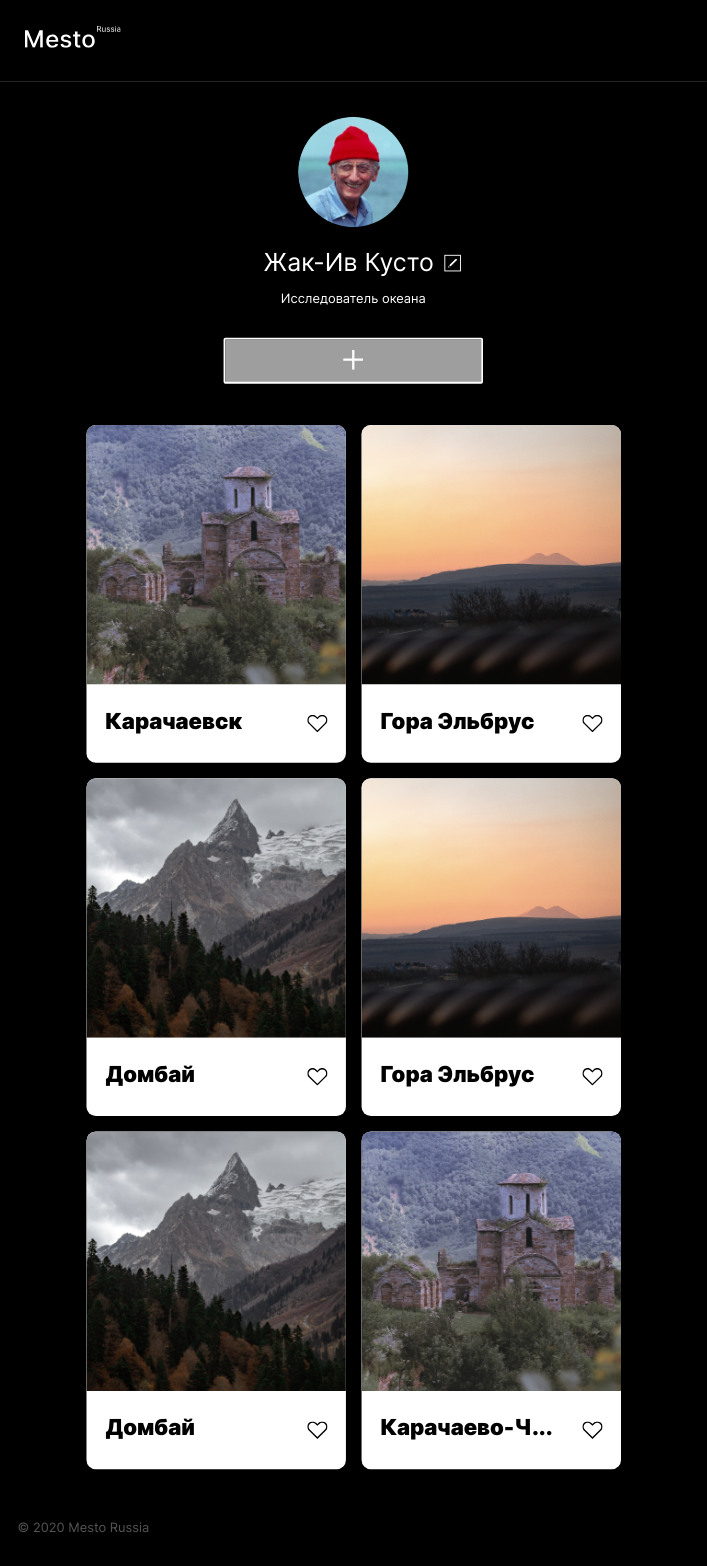
Repository: Ivan2399/mesto-project
Page: index.html
An editor plug-in stored every save of this project. The page is shown before and after the next save, followed by the edit.
The browser window is 768 px wide. The pictures show the whole page, at 92% of full size.
Pictures or frames that could not be fetched are drawn as grey boxes.

Above is the page before, as saved 2021-11-30 16:58:17.

After the next save:
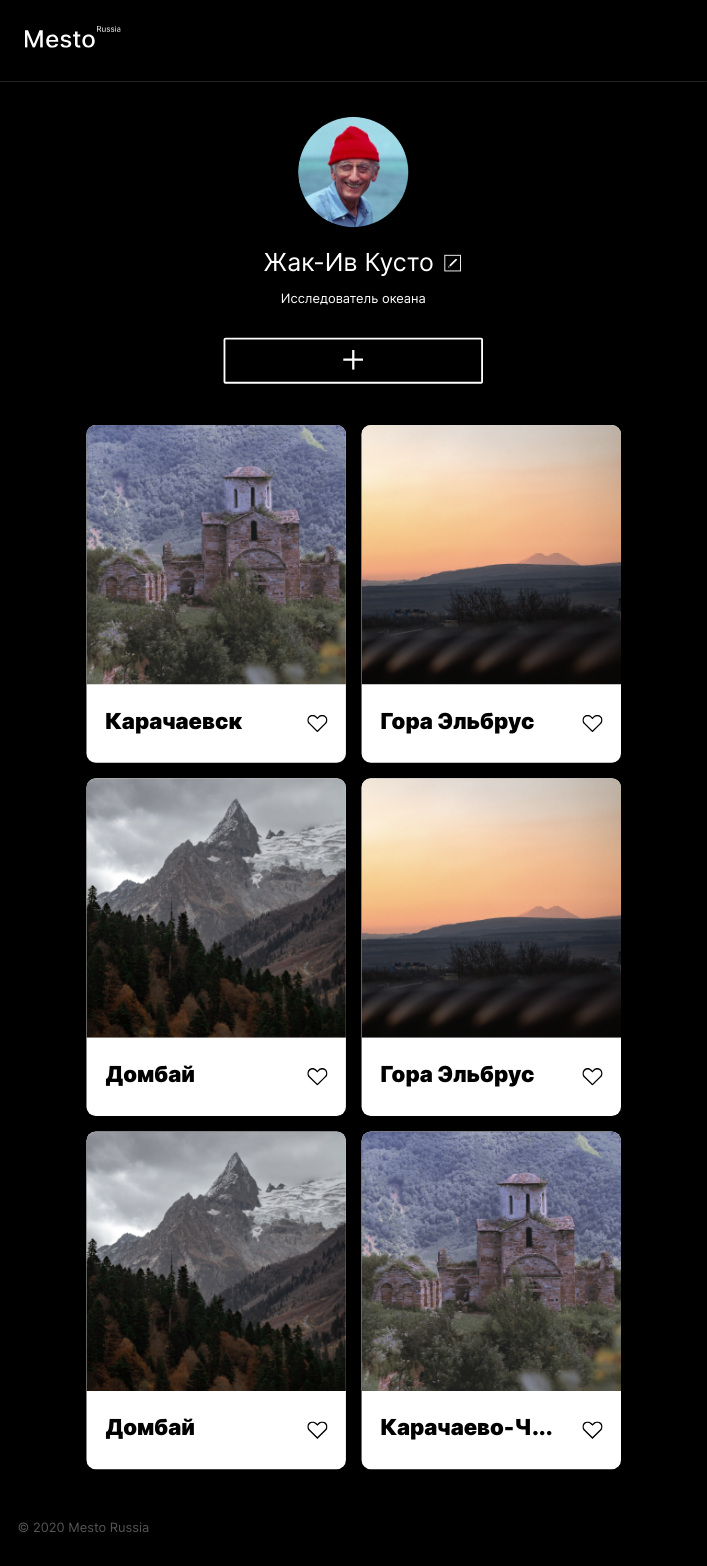
Saved 40 s later.
--- a/blocks/profile/__add/profile__add.css
+++ b/blocks/profile/__add/profile__add.css
@@ -23,7 +23,7 @@
     margin: 0;
     width: 282px;
     height: 50px;
-    background-image: url(../../../images/buttons/Add\ Button.png);
+
 
     grid-column: 1;
     grid-row: 3;
